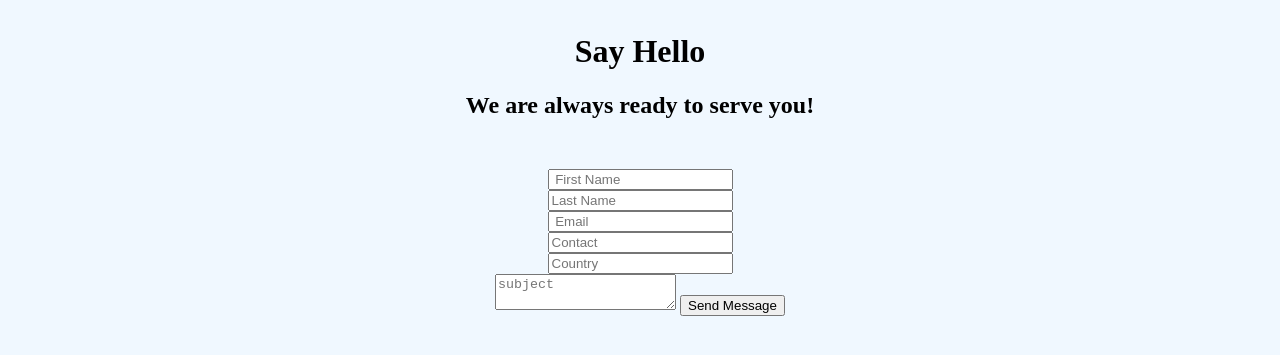
Repository: Owusuharriet/HW1-HAMAH.index.html
Page: index.htm
The author's editor kept a copy of each file at every save. The page is drawn from the files as they stood at one save, then again after a run of saves.
The browser window is 1280 px wide. The pictures show the whole page.

Above is the page before, as saved 2020-08-03 23:10:05.

After the next 2 saves:
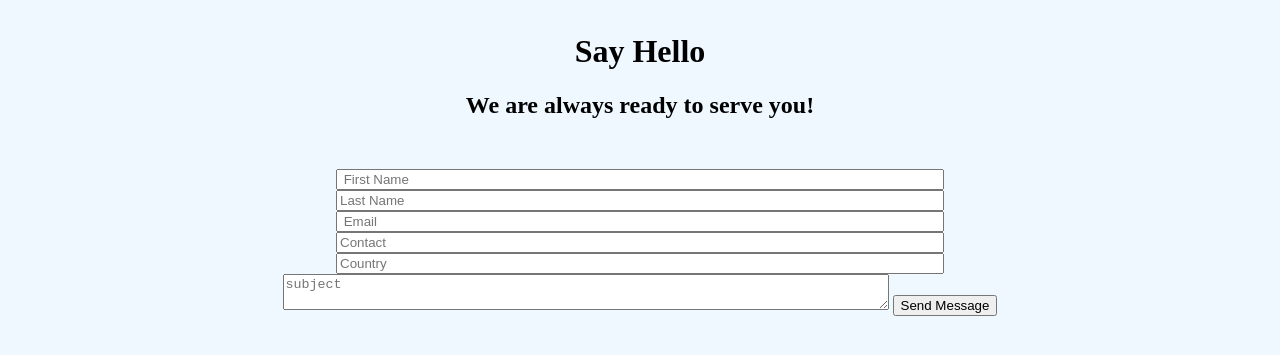
The 2 saves are shown as one change because they came seconds apart.
The last was saved 10 s later.
--- a/style.css
+++ b/style.css
@@ -30,5 +30,6 @@ form{
 }
 
 .form-control{
-    width: 600p;
+    width: 600px;
+
 }
